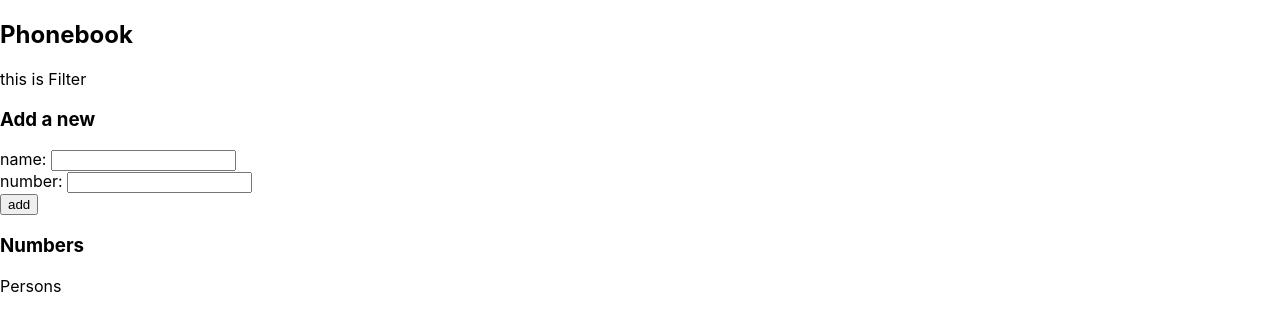
Repository: Hwenyi/full-stack-open
Page: / (app in part2/phonebook/)
These files come from the project's save history. The page is drawn as it stood at one moment and after a run of saves; the edit follows.
The browser window is 1280 px wide. The pictures show the whole page.
The project was rebuilt for these pictures with package versions that can differ from the ones it lists, and the page was loaded fresh each time.

Above is the page before, as saved 2023-10-13 11:56:40.

### part2/phonebook/src/App.js
import PersonForm from './components/PersonForm'
import Persons from './components/Persons'
import Filter from './components/Filter'
import { useState } from 'react'

const App = () => {
  const [persons, setPersons] = useState([
    { name: 'Arto Hellas', number: '040-123456', id: 1 },
    { name: 'Ada Lovelace', number: '39-44-5323523', id: 2 },
    { name: 'Dan Abramov', number: '12-43-234345', id: 3 },
    { name: 'Mary Poppendieck', number: '39-23-6423122', id: 4 }
  ])
  const [newName, setNewName] = useState('') //newName用于控制input的value

  return (
    <div>
      <h2>Phonebook</h2>
      <Filter/>
      <h3>Add a new</h3>
      <PersonForm />
      <h3>Numbers</h3>

      <Persons />
    </div>
  )
}

export default App

### part2/phonebook/src/components/PersonForm.js


const PersonForm = ({
  newName,
  setNewName,
  newNumber,
  setNewNumber,
  handleAddPeron,
}) => {
  return(
    <div>
      <form onSubmit={handleAddPeron}>
        <div>
          name: <input />
        </div>
        <div>
          number: <input />
        </div>
        <div>
          <button type="submit">add</button>
        </div>
      </form>
    </div>
  )
}

export default PersonForm

### part2/phonebook/src/components/Persons.js
const Persons = () => {
  return (
    <div>
      <p>Persons</p>
    </div>
  )
}

export default Persons

### part2/phonebook/src/components/Filter.js
const Filter = () => {
  return(
    <div>
      this is Filter
    </div>
  )
}

export default Filter

Loaded but not shown: part2/phonebook/public/index.html (common file); part2/phonebook/src/index.js (common file); part2/phonebook/src/index.css (common file)

After the next 3 saves:
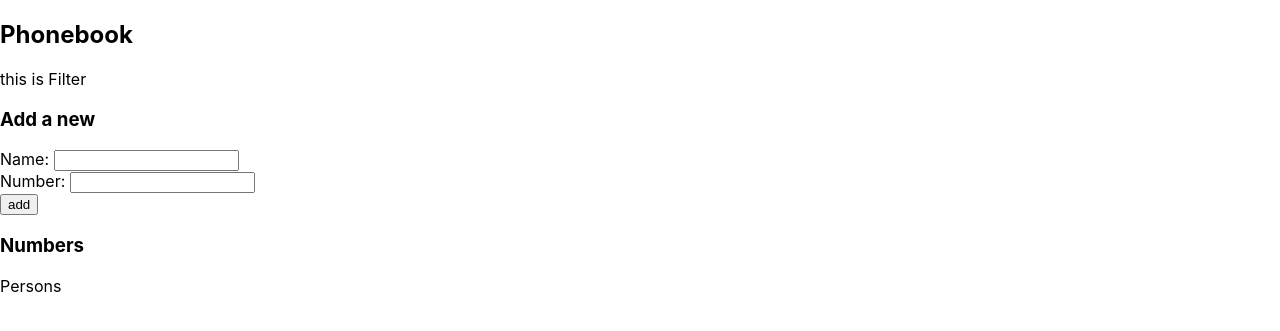
The 3 saves are shown as one change because 2 did not build or start.
The last was saved 3 min 59 s later.
--- a/part2/phonebook/src/components/PersonForm.js
+++ b/part2/phonebook/src/components/PersonForm.js
@@ -6,15 +6,19 @@ const PersonForm = ({
   newNumber,
   setNewNumber,
   handleAddPeron,
+  handleNameChange,
+  handleNumberChange
 }) => {
   return(
     <div>
       <form onSubmit={handleAddPeron}>
         <div>
-          name: <input />
+          <label>Name: </label>
+          <input value={newName} onChange={handleNameChange}/>
         </div>
         <div>
-          number: <input />
+          <label>Number: </label>
+          <input value={newNumber} onChange={handleNumberChange}/>
         </div>
         <div>
           <button type="submit">add</button>
